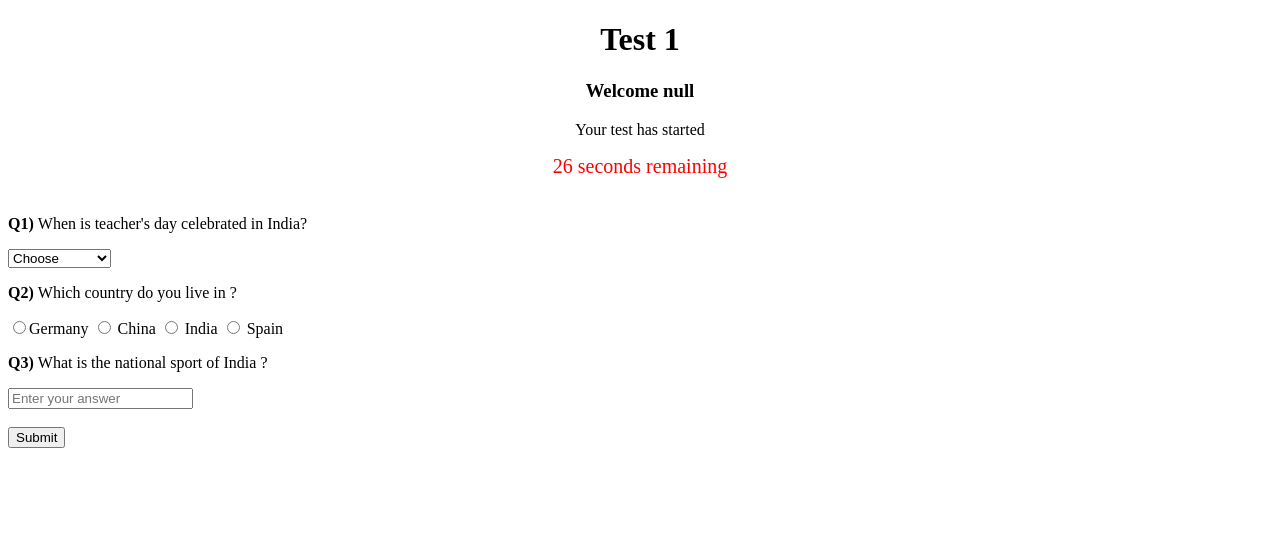
Repository: MriOj/OnlineExamPortal
Page: http://localhost/ExamPortal/test1.jsp
These files come from the project's save history. The page is drawn as it stood at one moment and after the next save; the edit follows.
The browser window is 1280 px wide. The pictures show the whole page.
The page is served by Tomcat 9. Other server files are loaded and not shown.

Above is the page before, as saved 2021-09-07 12:02:12.

### ExamPortal/src/main/webapp/test1.jsp
<%@ page language="java" contentType="text/html; charset=ISO-8859-1"
    pageEncoding="ISO-8859-1"%>
<!DOCTYPE html>
<html>
<head>
<meta charset="ISO-8859-1">
<title>Test 1 </title>
<style type="text/css">
.center {
text-align: center;
}
#uid{
visibility:hidden;
}
#timer{
font-size:20px;
color:red;
}
</style>
</head>

<body>

<div class="center">
<h1 >Test 1</h1>
<h3> Welcome <%{out.println(request.getAttribute("userid"));} %></h3>
<p >Your test has started </p>
<div id="timer"></div>
</div>
<form action="than" method="post" id="yourForm">
<input type="text" id="uid" name="userid" value="<%{out.println(request.getAttribute("userid"));} %>">
<input type="text" id="uid" name="test" value="1">
<p><b>Q1) </b>When is teacher's day celebrated in India?</p>
 <select name="Q1">
        <option value="choose" >Choose</option>
        <option value="A" >5 September</option>
        <option value="B" >15 August</option>
        <option value="C" >14 November</option>
        <option value="D" >26 January</option>
    </select>

<p><b>Q2) </b>Which country do you live in  ?</p>
    <input type="radio" value="A" name="Q2" >Germany
    <input type="radio" value="B" name="Q2"> China
    <input type="radio" value="C" name="Q2">  India
    <input type="radio" value="D" name="Q2"> Spain

<p><b>Q3) </b>What is the national sport of India  ?</p>
     <input type="text" name="Q3" placeholder= "Enter your answer" /> <br><br>
<input type="submit"></input>
</form>

</body>
<script>
var timeLeft = 30;
var elem = document.getElementById('timer');
var timerId = setInterval(countdown, 1000);

function countdown() {
    if (timeLeft == -1) {
        clearTimeout(timerId);
        doSomething();
    } else {
        elem.innerHTML = timeLeft + ' seconds remaining';
        timeLeft--;
    }
}
function doSomething() {
	alert("Test Submitted")
    document.getElementById('yourForm').submit();;
}

</script>
</html>

After the next save:
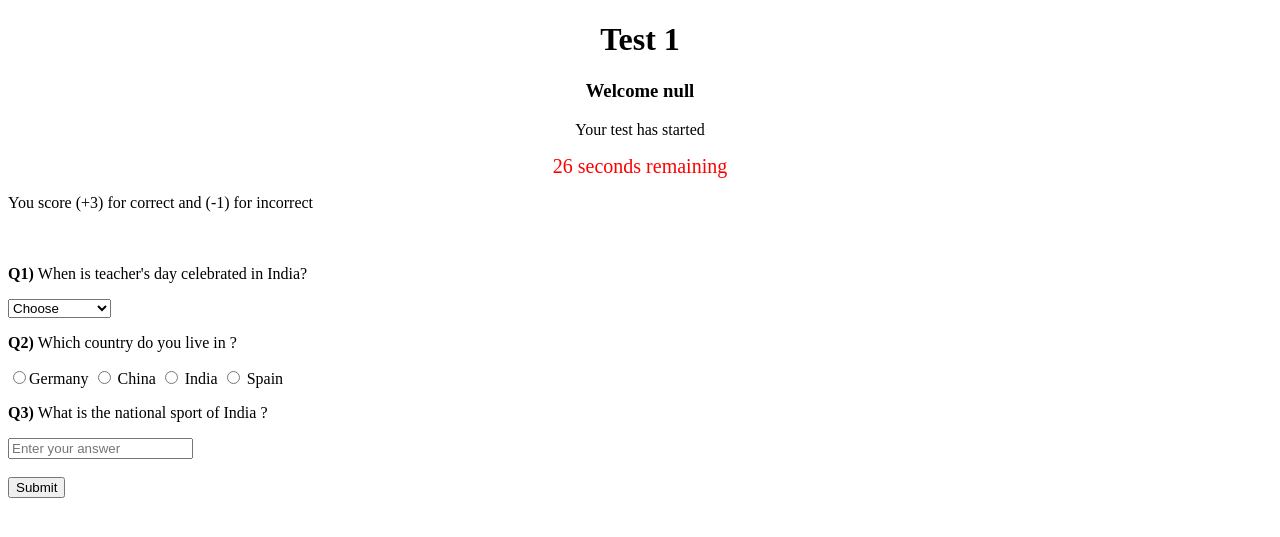
Saved 65 s later.
--- a/ExamPortal/src/main/webapp/test1.jsp
+++ b/ExamPortal/src/main/webapp/test1.jsp
@@ -27,6 +27,7 @@ color:red;
 <p >Your test has started </p>
 <div id="timer"></div>
 </div>
+<p>You score (+3) for correct and (-1) for incorrect</p>
 <form action="than" method="post" id="yourForm">
 <input type="text" id="uid" name="userid" value="<%{out.println(request.getAttribute("userid"));} %>">
 <input type="text" id="uid" name="test" value="1">
